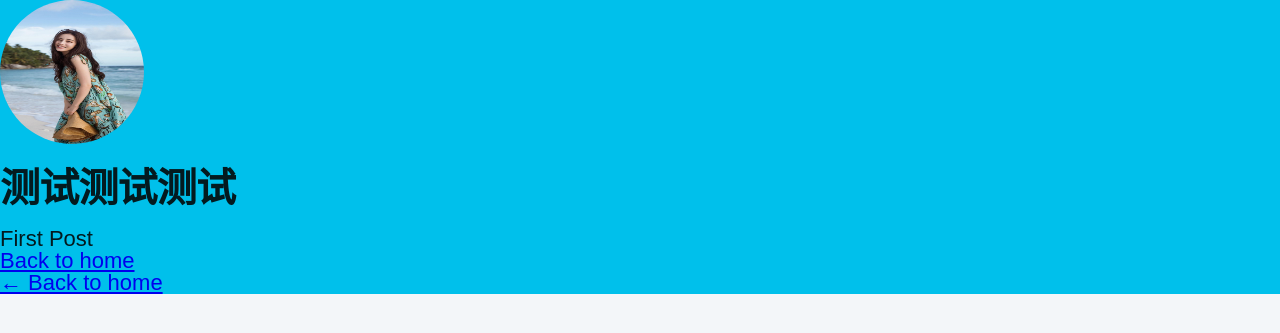
Repository: happy760690/nextjs-react
Page: /posts/first-post
These files come from the project's save history. The page is drawn as it stood at one moment and after the next save; the edit follows.
The browser window is 1280 px wide. The pictures show the whole page.
The project was rebuilt for these pictures with package versions that can differ from the ones it lists, and the page was loaded fresh each time. The framework's server and built-in components were replaced by stand-ins that run in the browser. Also part of the build but not shown: next.config.js.

Above is the page before, as saved 2021-07-09 16:49:30.

After the next save:
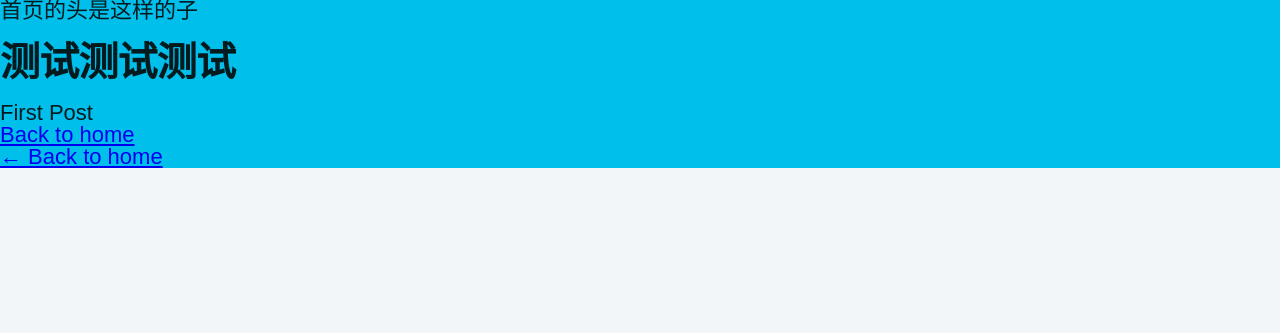
Saved 49 s later.
--- a/components/headerTemplate.tsx
+++ b/components/headerTemplate.tsx
@@ -18,30 +18,12 @@ export default function headerTemplate({ city, home}: {
         <header className={styles.header}>
         {home ? (
           <>
-            <Image
-              priority
-              src="/images/profile.jpg"
-              className={utilStyles.borderCircle}
-              height={144}
-              width={144}
-              alt={'测试测试测试'}
-            />
+            首页的头是这样的子
             <h1 className={utilStyles.heading2Xl}>{'测试测试测试'}</h1>
           </>
         ) : (
           <>
-            <Link href="/">
-              <a>
-                <Image
-                  priority
-                  src="/images/profile.jpg"
-                  className={utilStyles.borderCircle}
-                  height={108}
-                  width={108}
-                  alt={name}
-                />
-              </a>
-            </Link>
+            <h1>其它页面的头长这样</h1>
             <h2 className={utilStyles.headingLg}>
               <Link href="/">
                 <a className={utilStyles.colorInherit}>{name}</a>
